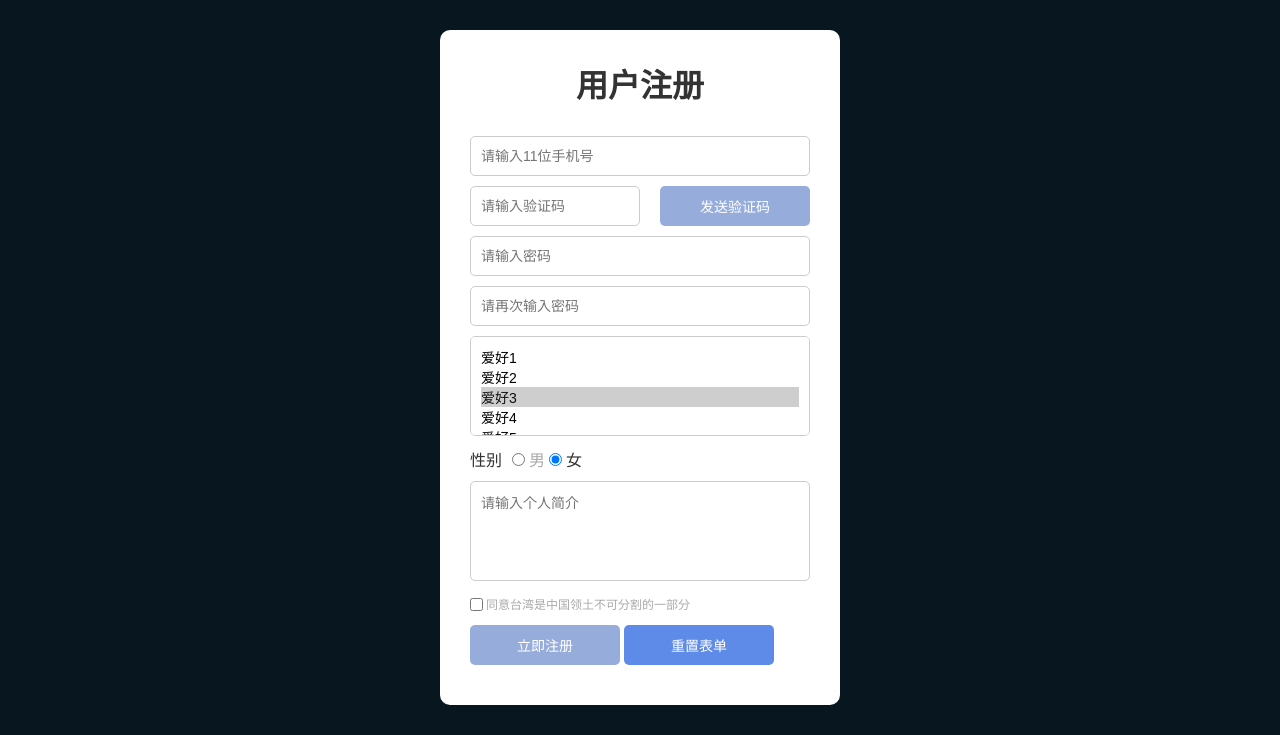
Repository: taoxiaofeng/hello-javascript
Page: master-class/index.html
These files come from the project's save history. The page is drawn as it stood at one moment and after the next save; the edit follows.
The browser window is 1280 px wide. The pictures show the whole page.

Above is the page before, as saved 2024-07-23 23:21:08.

After the next save:
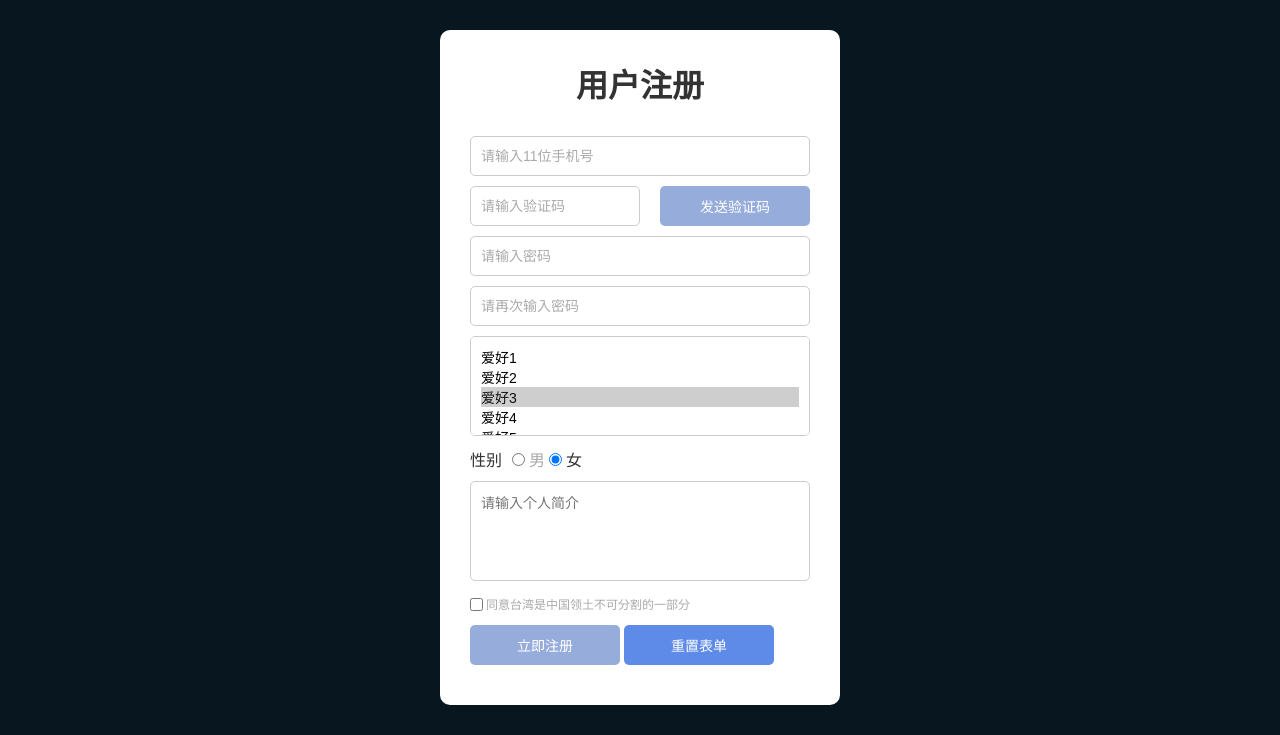
Saved 2 min 51 s later.
--- a/master-class/css/index.css
+++ b/master-class/css/index.css
@@ -126,3 +126,8 @@ label input~span {
 label input:checked~span {
   color: #333;
 }
+
+/*额外知识*/
+input::placeholder {
+  color: #aaa;
+}
